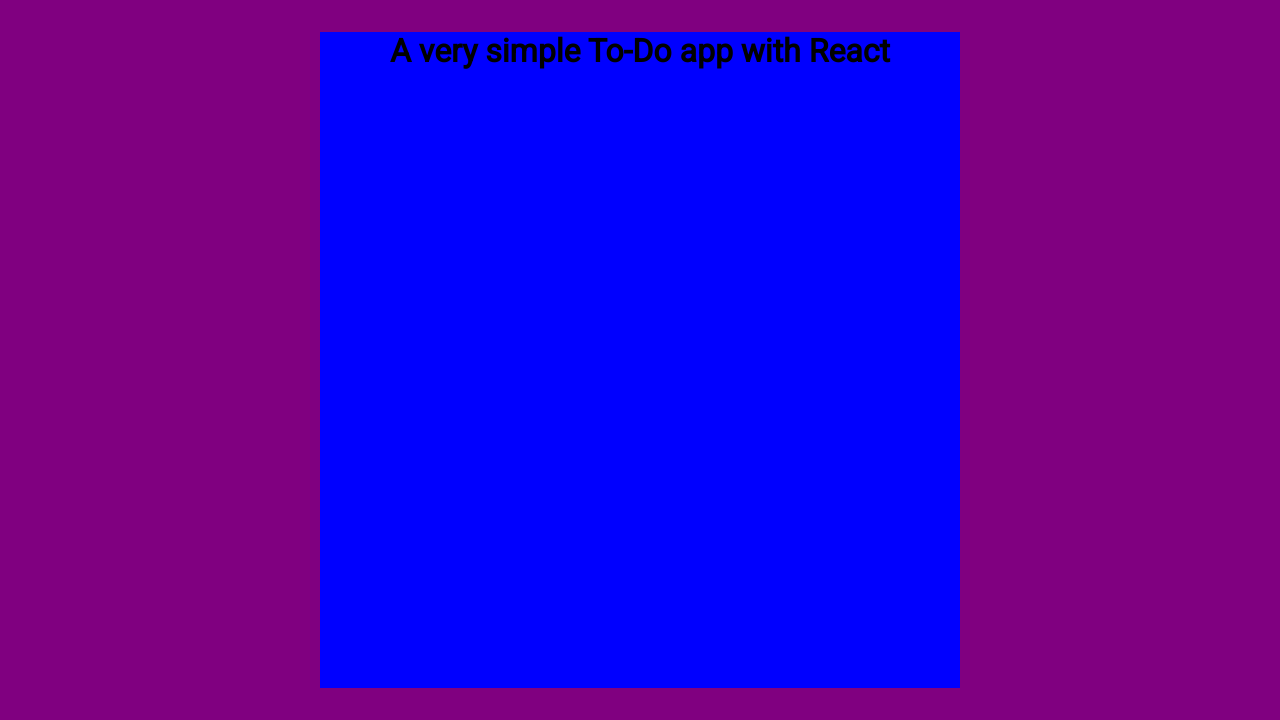
Repository: darioskpavoni/to-do-react
Page: /
An editor plug-in stored every save of this project. The page is shown before and after the next save, followed by the edit.
The browser window is 1280 px wide. The pictures show the whole page.
The project was rebuilt for these pictures with package versions that can differ from the ones it lists, and the page was loaded fresh each time. Also part of the build but not shown: vite.config.ts.

Above is the page before, as saved 2023-03-19 23:53:30.

### index.html
<!DOCTYPE html>
<html lang="en">
  <head>
    <meta charset="UTF-8" />
    <link rel="icon" type="image/svg+xml" href="/react.svg" />
    <meta name="viewport" content="width=device-width, initial-scale=1.0" />
    <title>To-Do App - React</title>
  </head>
  <body>
    <div id="root"></div>
    <script type="module" src="/src/main.tsx"></script>
  </body>
</html>

### src/App.tsx
import { useState } from "react";
import "./App.css";

function App() {
  return (
    <div className="App">
      <h1>A very simple To-Do app with React</h1>
    </div>
  );
}

export default App;

### src/index.css
@import url("https://fonts.googleapis.com/css2?family=Roboto:wght@300;400&display=swap");

* {
  margin: 0;
  padding: 0;
}

:root,
body,
body > #root {
  height: 100%;
  width: 100%;
}

#root {
  background-color: purple;
  display: flex;
  flex-direction: column;
  align-items: center;
}

### src/App.css
.App {
  margin: 2rem;
  height: 100%;
  width: 50%;
  background-color: blue;
  display: flex;
  flex-direction: column;
  justify-content: flex-start;
  align-items: center;

  font-family: "Roboto", sans-serif;
  font-weight: 300;
}

Loaded but not shown: src/main.tsx (common file)

After the next save:
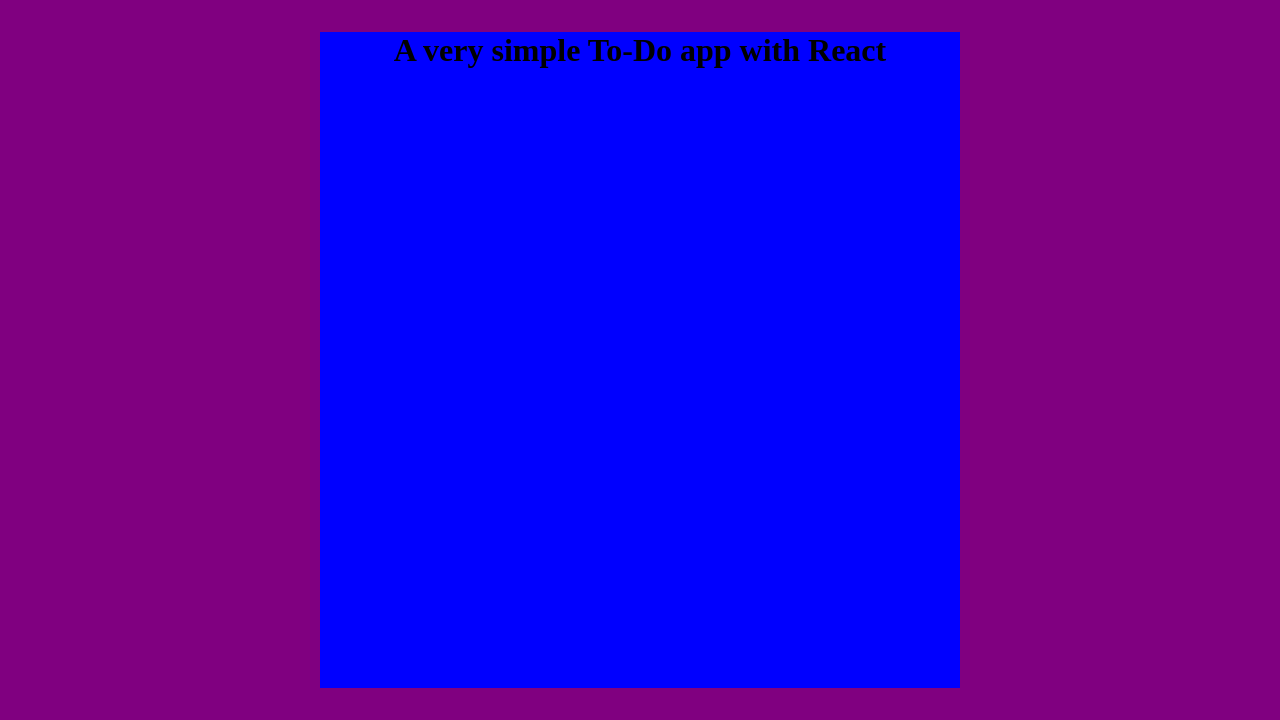
Saved 6 s later.
--- a/src/App.css
+++ b/src/App.css
@@ -7,7 +7,4 @@
   flex-direction: column;
   justify-content: flex-start;
   align-items: center;
-
-  font-family: "Roboto", sans-serif;
-  font-weight: 300;
 }

After the save that followed:
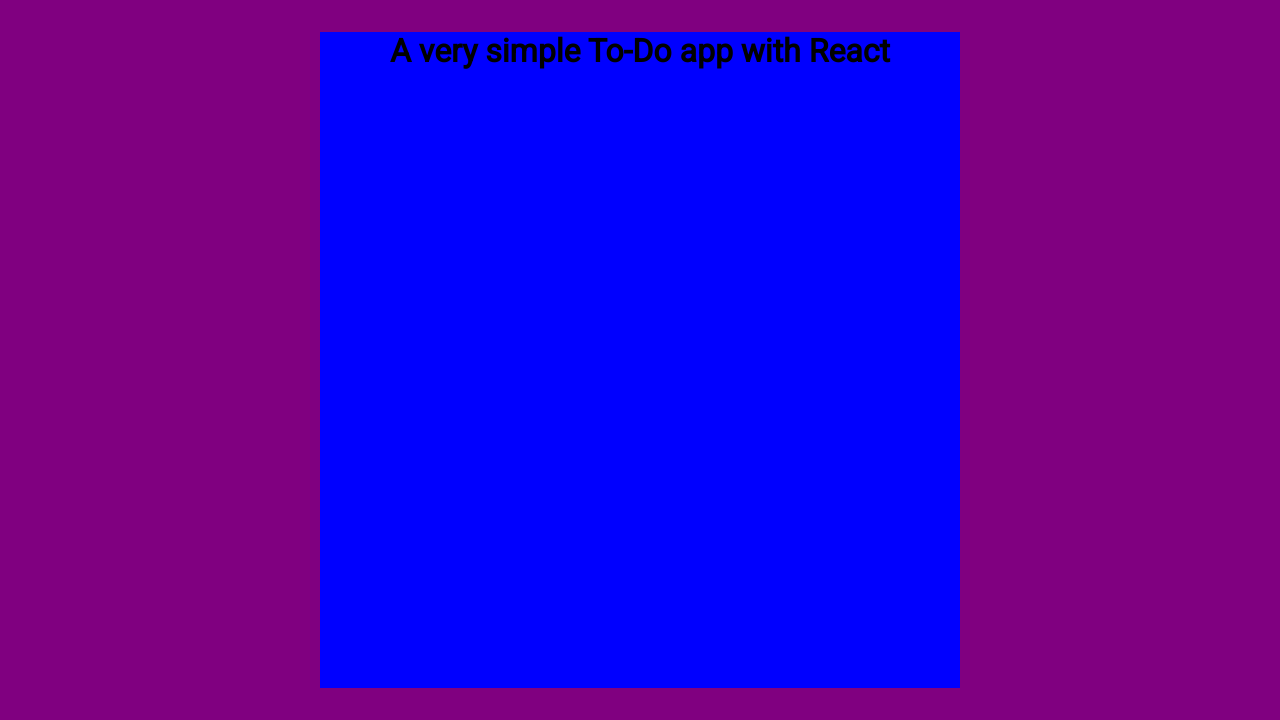
Saved 7 s later.
--- a/src/index.css
+++ b/src/index.css
@@ -3,6 +3,11 @@
 * {
   margin: 0;
   padding: 0;
+}
+
+:root {
+  font-family: "Roboto", sans-serif;
+  font-weight: 300;
 }
 
 :root,
